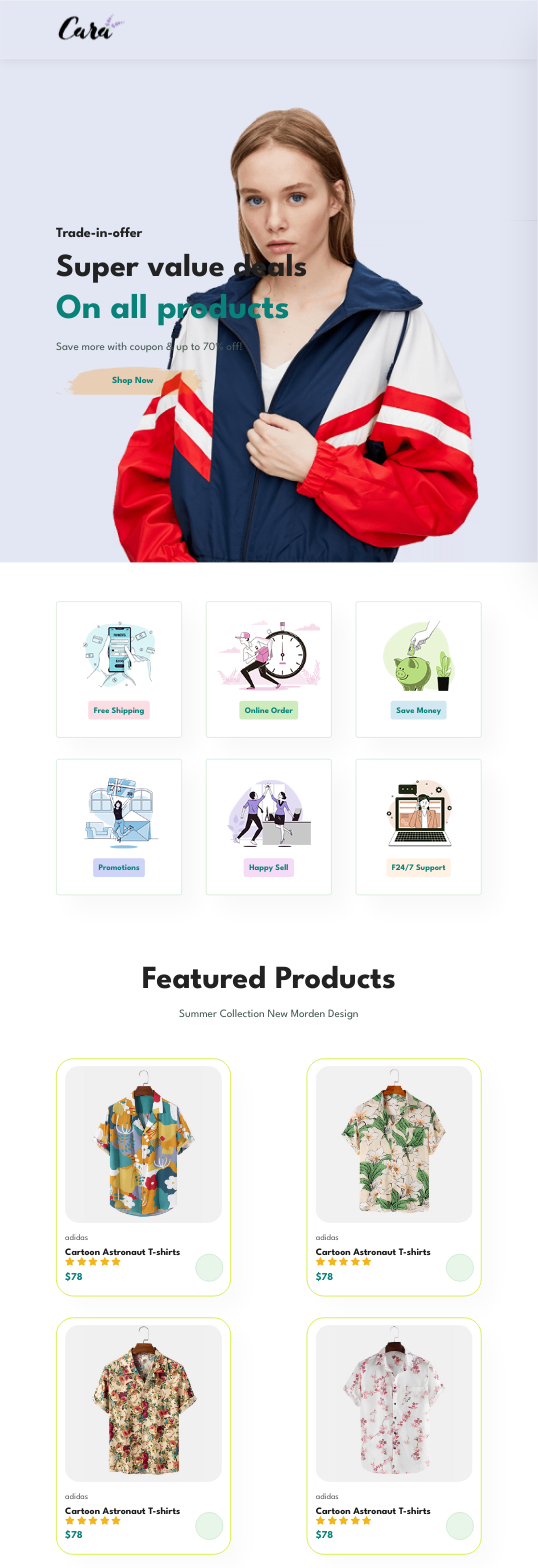
Repository: quy261001/cara
Page: index.html
The author's editor kept a copy of each file at every save. The page is drawn from the files as they stood at one save, then again after the next save.
The browser window is 768 px wide. The pictures show the part of the page from y = 0 to 2240 px (the page is 7417 px tall), at 70% of full size.

Above is the page before, as saved 2022-05-02 22:54:17.

After the next save:
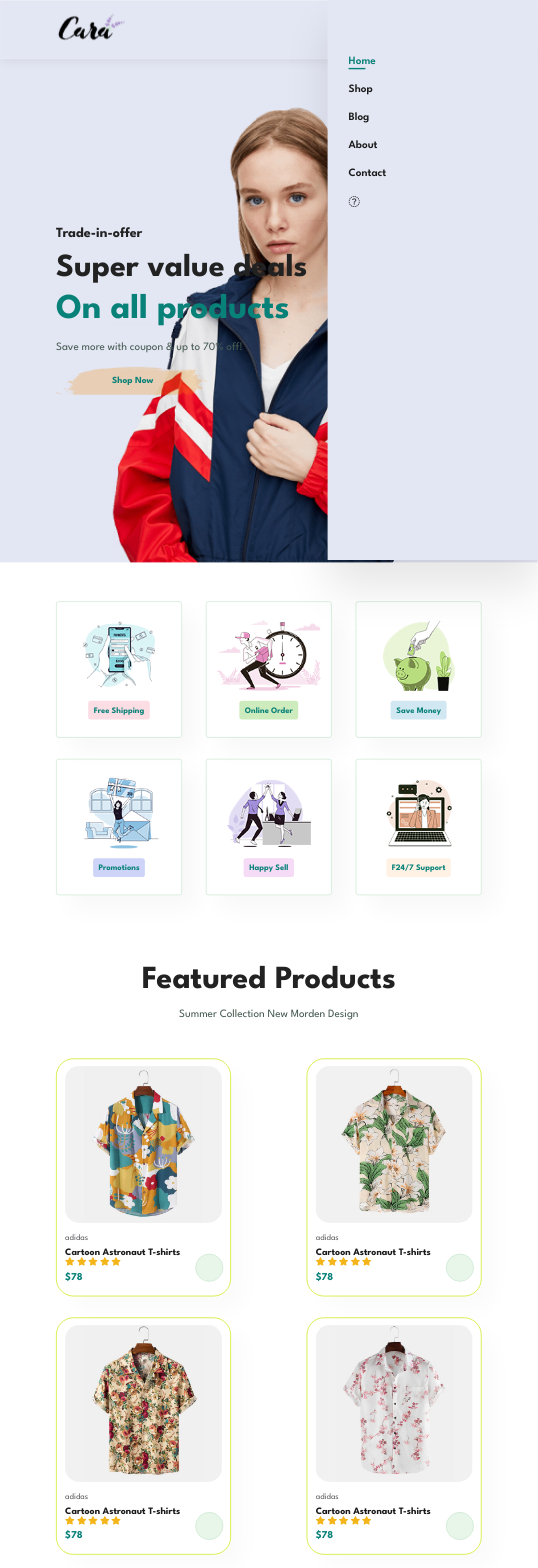
Saved 11 s later.
--- a/style.css
+++ b/style.css
@@ -489,7 +489,7 @@
     justify-content: flex-start;
     position: fixed;
     top: 0;
-    right: -300px;
+    right: 0px;
     height: 100vh;
     width: 300px;
     background-color: #E3E6F3;

After the save that followed:
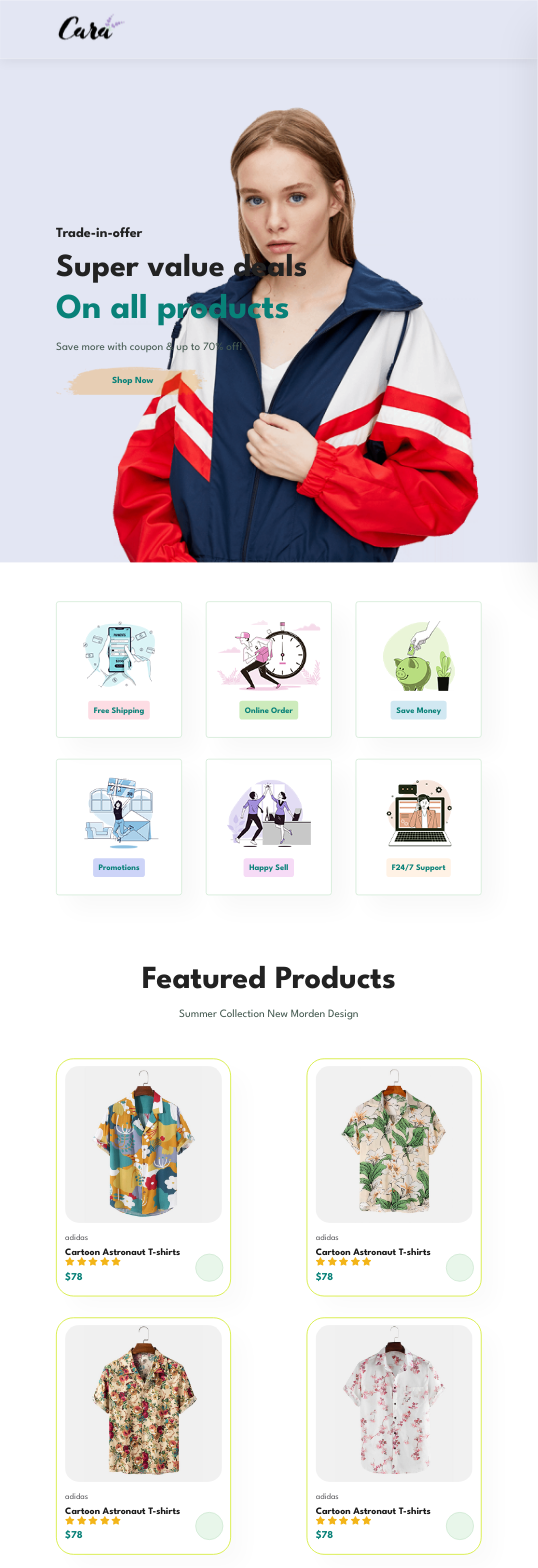
Saved 24 s later.
--- a/style.css
+++ b/style.css
@@ -489,7 +489,7 @@
     justify-content: flex-start;
     position: fixed;
     top: 0;
-    right: 0px;
+    right: -300px;
     height: 100vh;
     width: 300px;
     background-color: #E3E6F3;
